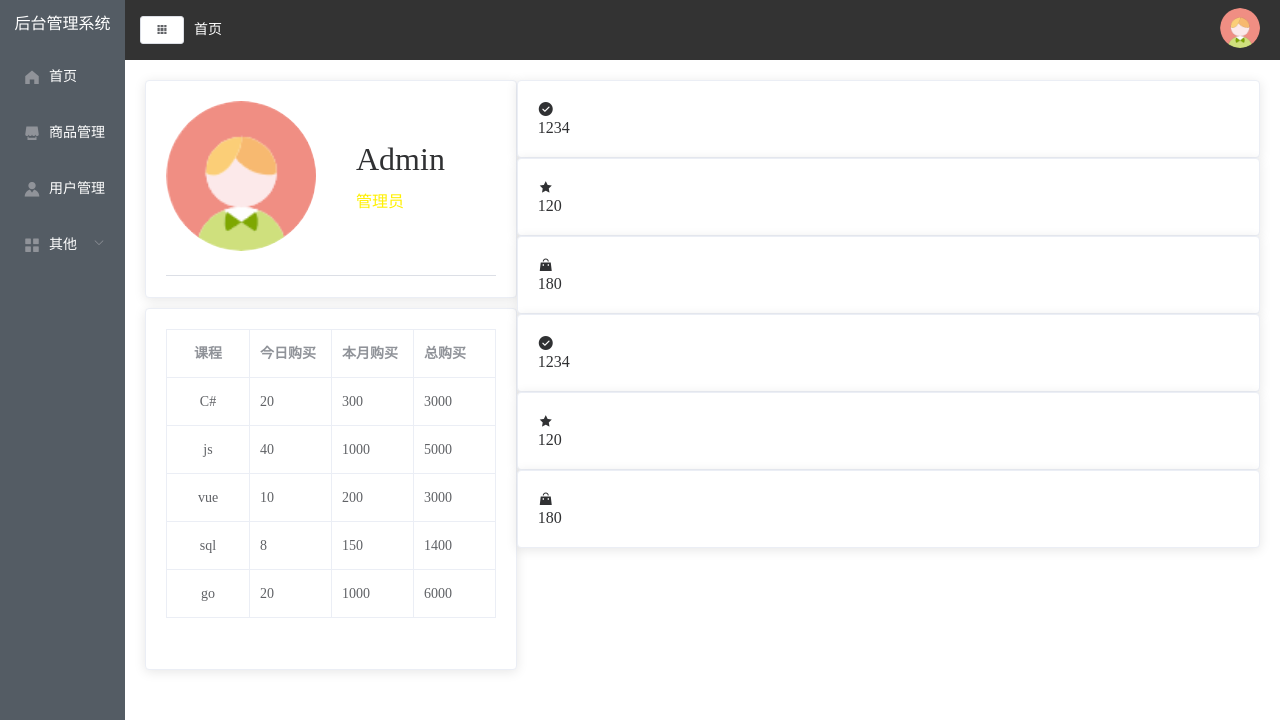
Repository: tkqi/manage
Page: /
These files come from the project's save history. The page is drawn as it stood at one moment and after the next save; the edit follows.
The browser window is 1280 px wide. The pictures show the whole page.
The project was rebuilt for these pictures with package versions that can differ from the ones it lists, and the page was loaded fresh each time. Also part of the build but not shown: vue.config.js.

Above is the page before, as saved 2023-12-06 11:01:21.

### src/main.js
import Vue from 'vue'
import App from './App.vue'
import router from './router'
import store from './store'
import ElementUI from 'element-ui';
import 'element-ui/lib/theme-chalk/index.css';

Vue.config.productionTip = false
Vue.use(ElementUI);

new Vue({
  router,
  store,
  render: h => h(App)
}).$mount('#app')

### src/App.vue
<template>
  <div id="app">
    <!-- 路由出口 -->
    <router-view />
  </div>
</template>

<script>
export default {
  name: 'App'
}
</script>

<style lang="less">
html,
body,
h3,
p {
  margin: 0;
  padding: 0;
}
</style>

### src/router/index.js
import Vue from 'vue'
import VueRouter from 'vue-router'
import routes from './routes'
Vue.use(VueRouter)


const router = new VueRouter({
  routes: routes
})

// 暴露router实例
export default router

### src/store/index.js
import Vue from 'vue'
import Vuex from 'vuex'
import tab from './tab.js'

Vue.use(Vuex)

const store = new Vuex.Store({
  state: {

  },
  getters: {
  },
  mutations: {
  },
  actions: {
  },
  modules: {
    tab
  }
})

export default store;

### src/router/routes.js
export default [
    // 主路由
    {
        path: '/',
        component: () => import('../views/Main.vue'),
        redirect: '/home',// 重定向
        // 子路由
        children: [
            {
                // 首页
                path: '/home',
                // 路由组件懒加载
                component: () => import('../views/Home.vue')
            },
            {
                // 用户管理
                path: '/user',
                component: () => import('../views/User.vue')
            },
            {
                // 商品管理
                path: '/mall',
                component: () => import('../views/Mall.vue')
            },
            {
                // 其他/页面1
                path: '/page1',
                component: () => import('../views/Page1.vue')
            },
            {
                // 其他/页面2
                path: '/page2',
                component: () => import('../views/Page2.vue')
            },
        ]
    },
    {
        path: '/home',
        // 路由组件懒加载
        component: () => import('../views/Home.vue')
    },
    {
        path: '/user',
        component: () => import('../views/User.vue')
    }
]

### src/store/tab.js
// 菜单相关数据
export default {
    state: {
        isCollapse: false
    },
    getters: {
        getisCollapse: (state) => state.isCollapse
    },
    mutations: {
        EDITIsCollapse(state){
            state.isCollapse = !state.isCollapse;
        }
    }
}

### src/views/Main.vue
<!-- eslint-disable vue/multi-word-component-names -->
<template>
    <div>
        <el-container>
            <el-aside width="auto">
                <sidebar />
            </el-aside>
            <el-container>
                <el-header>
                    <topbar />
                </el-header>
                <el-main>
                    <transition>
                        <keep-alive>
                            <router-view />
                        </keep-alive>
                    </transition>
                </el-main>
            </el-container>
        </el-container>
    </div>
</template>

<script>
import sidebar from '../components/sidebar.vue'
import topbar from '../components/topbar.vue';
export default {
    components: {
        sidebar,
        topbar
    }
}
</script>

<style lang="less" scoped>
.el-header {
    padding: 0;
    margin: 0;
}
</style>

### src/views/Home.vue
<!-- eslint-disable vue/multi-word-component-names -->
<template>
    <el-row>
        <el-col :span="8">
            <div>
                <el-card class="box-card">
                    <div class="user">
                        <img class="img" src="../assets/img/user-default.png" alt="">
                        <div class="user-info">
                            <P class="name">Admin</P>
                            <p class="access">管理员</p>
                        </div>
                    </div>
                    <el-divider></el-divider>
                    <div class="login-info">
                        <p>上次登录时间: <span>2023-12-03</span></p>
                        <p>上次登录地点: <span>绍兴</span></p>
                    </div>
                </el-card>
                <el-card class="table">
                    <el-table :data="tableData" border style="width: 100%">
                        <el-table-column prop="course" label="课程" :min-width="30" width="auto" align="center">
                        </el-table-column>
                        <el-table-column prop="buytoday" label="今日购买" :min-width="30" width="auto">
                        </el-table-column>
                        <el-table-column prop="buythemonth" label="本月购买" :min-width="30" width="auto">
                        </el-table-column>
                        <el-table-column prop="buyall" label="总购买" :min-width="30" width="auto">
                        </el-table-column>
                    </el-table>
                </el-card>
            </div>
        </el-col>
        <el-col :span="16">
            <div class="buy">
                <el-card v-for="(item, index) in countData" :key="index" >
                    <i class="icon" :class="`el-icon-${item.icon}`"></i>
                    <div>
                        <p>{{ item.value }}</p>
                        <p>{{ item.name }}</p>
                    </div>
                </el-card>
            </div>
        </el-col>
    </el-row>
</template>

<script>
export default {
    data() {
        return {
            tableData: [
                {
                    course: 'C#',
                    buytoday: 20,
                    buythemonth: 300,
                    buyall: 3000
                },
                {
                    course: 'js',
                    buytoday: 40,
                    buythemonth: 1000,
                    buyall: 5000
                },
                {
                    course: 'vue',
                    buytoday: 10,
                    buythemonth: 200,
                    buyall: 3000
                },
                {
                    course: 'sql',
                    buytoday: 8,
                    buythemonth: 150,
                    buyall: 1400
                },
                {
                    course: 'go',
                    buytoday: 20,
                    buythemonth: 1000,
                    buyall: 6000
                }
            ],
            countData:[
                {
                    label:'今日支付订单',
                    value:1234,
                    color:'#2ec7c9',
                    icon:'success'
                },
                {
                    label:'今日收藏订单',
                    value:120,
                    color:'#ffb980',
                    icon:'star-on'
                },
                {
                    label:'今日未支付订单',
                    value:180,
                    color:'#5ab1ef',
                    icon:'s-goods'
                },
                {
                    label:'本月支付订单',
                    value:1234,
                    color:'#2ec7c9',
                    icon:'success'
                },
                {
                    label:'本月收藏订单',
                    value:120,
                    color:'#ffb980',
                    icon:'star-on'
                },
                {
                    label:'本月未支付订单',
                    value:180,
                    color:'#5ab1ef',
                    icon:'s-goods'
                }
            ]
        }
    }
}
</script>
<style lang="less" scoped>
.box-card {
    height: 30vh;
    .user {
        display: flex;
        align-items: center;
        padding-right: 0px;

        .user-info {
            .name {
                font-size: 32px;
                margin-bottom: 10px;
            }

            .access {
                color: #fff000;
            }
        }

        img {
            height: 150px;
            width: 150px;
            border-radius: 50%;
            margin-right: 40px;
        }
    }
}

.login-info {
    line-height: 25px;

    p {
        font-size: 12px;

        span {
            font-size: 12px;
            margin-left: 50px;
        }
    }
}

.table {
    margin-top: 10px;
    height: 50vh;
    el-table{
        height: 100%;
    }
}
</style>

### src/components/sidebar.vue
<!-- eslint-disable vue/multi-word-component-names -->
<template>
    <el-menu class="menu" @open="handleOpen" @close="handleClose" :collapse="isCollapse" background-color="#545c64"
        text-color="#fff" active-text-color="#ffd04b">
        <h3>{{ !isCollapse?'后台管理系统':'后台' }}</h3>
        <el-menu-item v-for="item in noChildren" :key="item.name" :index="item.name" @click="clickMenu(item)">
            <i :class="`el-icon-${item.icon}`"></i>
            <span slot="title">{{ item.label }}</span>
        </el-menu-item>
        <el-submenu v-for="item in hasChildren" :key="item.label" :index="item.label">
            <template slot="title">
                <i :class="`el-icon-${item.icon}`"></i>
                <span slot="title">{{ item.label }}</span>
            </template>
            <el-menu-item-group v-for="subitem in item.children" :key="subitem.name">
                <el-menu-item :index="subitem.name" @click="clickSubmenu(subitem)">
                    <!-- <template slot="title"> -->
                    <i :class="`el-icon-${subitem.icon}`"></i>
                    <span slot="title">{{ subitem.name }}</span>
                    <!-- </template> -->
                </el-menu-item>
            </el-menu-item-group>
        </el-submenu>
    </el-menu>
</template>

<script>
export default {
    computed: {
        // 无子菜单
        noChildren() {
            return this.menuData.filter(o => !o.children);
        },
        // 有子菜单
        hasChildren() {
            return this.menuData.filter(o => o.children);
        },
        isCollapse() {
           return this.$store.state.tab.isCollapse;
        }
    },
    data() {
        return {
            // 使用store实时改变属性需要定义到computed
            // isCollapse: this.$store.getters('getisCollapse'),
            menuData: [
                {
                    path: '/',
                    name: 'home',
                    label: "首页",
                    icon: 's-home',
                    url: 'Home/Home'
                },
                {
                    path: '/mall',
                    name: 'mall',
                    label: "商品管理",
                    icon: 's-shop',
                    url: 'MallManage/MallManage'
                },
                {
                    path: '/user',
                    name: 'user',
                    label: "用户管理",
                    icon: 's-custom',
                    url: 'UserManage/UserManage'
                },
                {
                    label: '其他',
                    icon: 'menu',
                    children: [
                        {
                            path: '/page1',
                            name: 'page1',
                            label: "页面1",
                            icon: 's-claim',
                            url: 'Other/PageOne'
                        },
                        {
                            path: '/page2',
                            name: 'page2',
                            label: "页面2",
                            icon: 's-claim',
                            url: 'Other/PageTwo'
                        },
                    ]
                }
            ]
        };
    },
    methods: {
        handleOpen(key, keyPath) {
            console.log(key, keyPath);
        },
        handleClose(key, keyPath) {
            console.log(key, keyPath);
        },
        clickMenu(item) {
            console.log(this.$router.currentRoute.path);
            // 判断当前路由于点击链接的路由不一致才跳转
            if (item.path != this.$route.path && !(this.$route.path == '/home' && item.path == '/'))
                this.$router.push(item.path);
        },
        clickSubmenu(subitem) {
            // 判断当前路由于点击链接的路由不一致才跳转
            if (subitem.path != this.$route.path)
                this.$router.push(subitem.path);
        }
    }
}
</script>

<style lang="less" scoped>
.el-menu-vertical-demo:not(.el-menu--collapse) {
    width: 200px;
    min-height: 400px;
}

.menu {
    height: 100vh;
    border-right:0;
    h3 {
        color: rgb(255, 255, 255);
        text-align: center;
        line-height: 48px;
        font-size: 16px;
        font-weight: 400;
    }
}
</style>

### src/components/topbar.vue
<!-- eslint-disable vue/multi-word-component-names -->
<template>
    <div class="head-container">
        <div class="l-content">
            <el-button icon="el-icon-s-grid" size="mini" @click="changeCollapse()"/>
            <!-- 面包屑 -->
            <span class="text">首页</span>
        </div>
        <div class="r-content">
            <el-dropdown>
                <span class="el-dropdown-link">
                    <img class="img" src="../assets/img/user-default.png" alt="">
                </span>
                <el-dropdown-menu slot="dropdown">
                    <el-dropdown-item>个人中心</el-dropdown-item>
                    <el-dropdown-item>退出</el-dropdown-item>
                </el-dropdown-menu>
            </el-dropdown>
        </div>
    </div>
</template>

<script>
export default {
    data(){
        return{

        }
    },
    methods:{
        changeCollapse(){
            console.log(1);
            this.$store.commit('EDITIsCollapse');
        }
    }
}
</script>

<style lang="less" scoped>
.head-container {
    background-color: #333;
    height: 60px;
    display: flex;
    justify-content: space-between;
    align-items: center;
    padding-left: 15px;
    padding-right: 20px;
}

// .l-content {
//     padding-left: 15px;
// }

// .r-content {}

.text {
    color: white;
    font-size: 14px;
    padding-left: 10px;
}

.img{
    height: 40px;
    width: 40px;
    border-radius: 50%;
}
</style>

Loaded but not shown: public/index.html (common file)

After the next save:
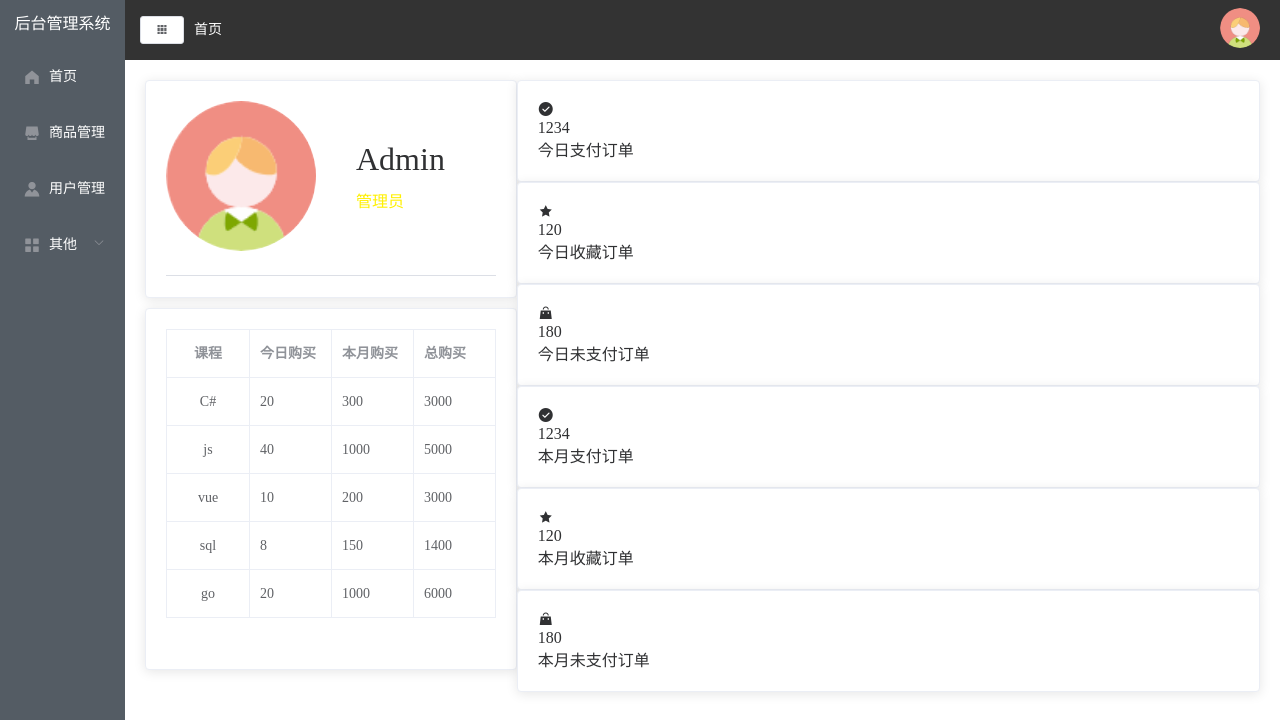
Saved 26 s later.
--- a/src/views/Home.vue
+++ b/src/views/Home.vue
@@ -37,7 +37,7 @@
                     <i class="icon" :class="`el-icon-${item.icon}`"></i>
                     <div>
                         <p>{{ item.value }}</p>
-                        <p>{{ item.name }}</p>
+                        <p>{{ item.label }}</p>
                     </div>
                 </el-card>
             </div>
